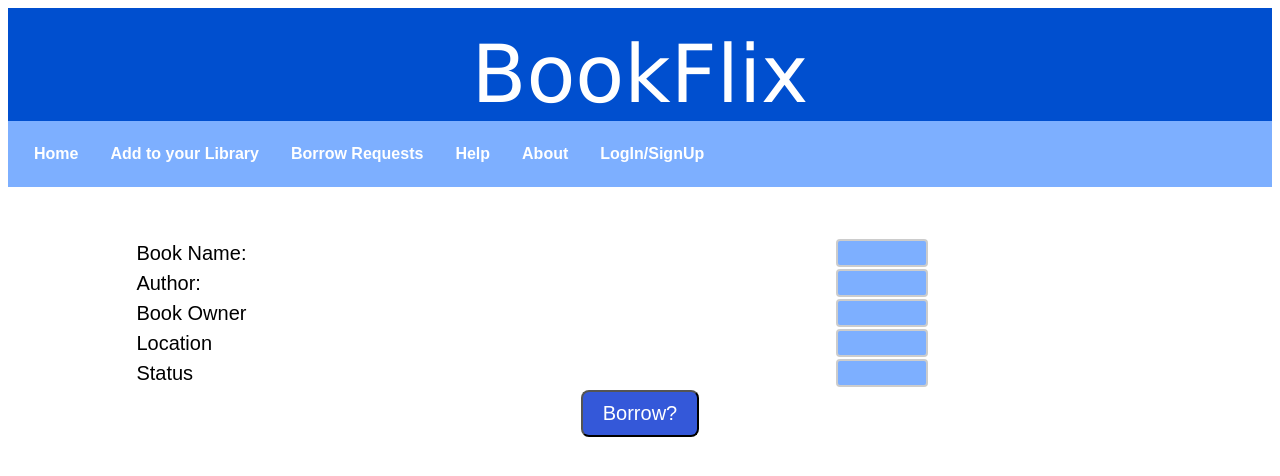
Repository: dan-10/Deloitte
Page: http://localhost/BookFlix/WEB-INF/views/status.jsp
These files come from the project's save history. The page is drawn as it stood at one moment and after the next save; the edit follows.
The browser window is 1280 px wide. The pictures show the whole page.
The page is served by Tomcat 9. Nobody is signed in. Other server files are loaded and not shown. The template is opened directly, without the code that normally fills it, so the values that code supplies are empty.

Above is the page before, as saved 2019-08-09 04:44:49.

### DeloitteTrainig/Final Project BookFlix/BookFlix/src/main/webapp/WEB-INF/views/status.jsp

<%@ page language="java" contentType="text/html; charset=ISO-8859-1"
    pageEncoding="ISO-8859-1"%>
<%@ taglib uri="http://www.springframework.org/tags/form" prefix="f" %>
<%@ taglib uri="http://java.sun.com/jsp/jstl/core" prefix="c" %>

<!DOCTYPE html>
<html>
	<head>
		<meta charset="ISO-8859-1">
		<title>BookFlix</title>
		<style type="text/css"><%@include file="/WEB-INF/views/styles/homeStyles.css" %></style>
		<style>

	.AddBookForm {
	grid-area: AddBookForm;
	font-family: Arial;
	font-size: 20px;
	font-weight: lighter;
	padding-top: 50px;
	text-align: center;
	}

	.butn {
  -webkit-border-radius: 8;
  -moz-border-radius: 8;
  border-radius: 8px;
  font-family: Arial;
  color: #ffffff;
  font-size: 20px;
  background: #3458d9;
  padding: 10px 20px 10px 20px;
  text-decoration: none;
}

.butn:hover {
  background: #6672de;
  text-decoration: none;
}

.td1{
padding-left: 0px;
}

.td {
  color: white;
  width: 30%;
  box-sizing: border-box;
  border: 2px solid #ccc;
  border-radius: 4px;
  font-size: 16px;
  background-color: #7dafff;
  float: left;
  padding: 12px 5px 12px 40px;
}
		</style>
	</head>

	<body>
		<div class="grid-container">
		  <div class="Header">
		  	<div class="heading">
		  		<center>BookFlix</center>
		  	</div>
		  </div>
		  <div class="Navigation">
			<div class="navbar">
				<a href="/home">Home</a>
				<a href="/addBook">Add to your Library</a>
				<a href="/borrow">Borrow Requests</a>
				<a href="/help">Help</a>
				<a href="/about">About</a>
				<a href="/validate">LogIn/SignUp</a>
				<c:if test="${!empty userName}">
					<div class="dropdown">
						<button class="dropbtn">${userName}
							<i class="fa fa-caret-down"></i>
						</button>
						<div class="dropdown-content">
							<a href="/myBooks">My Library</a>
							<a href="/logout">LogOut</a>
						</div>
					</div>
				</c:if>
			</div>
		  </div>
		  </div>

		 <!-- Book and user details area  -->
		 <div class="AddBookForm">
				<center>

					<f:form>
						<table width="80%">
							<tr>
								<td class = "td1">Book Name:</td>
								<td class = "td">${bookname}</td>
							</tr>

							<tr>
								<td class = "td1">Author:</td>
								<td class = "td">${author}</td>
							</tr>
							<tr>
								<td class = "td1">Book Owner</td>
								<td class = "td">${owner}</td>
							</tr>
							<tr>
								<td class = "td1">Location</td>
								<td class = "td">${location}</td>
							</tr>
							<tr>
								<td class = "td1">Status</td>
								<td class = "td">${status}</td>
							</tr>
							<tr>
								<td colspan="2" align="center"><button type ="submit" value = "Add Book" class="butn">Borrow?</button></td>
							</tr>
						</table>
					</f:form>
				</center>
			</div>
	</body>
</html>

### DeloitteTrainig/Final Project BookFlix/BookFlix/src/main/webapp/WEB-INF/views/styles/homeStyles.css
.grid-container {
	grid-template-rows: repeat(auto-fill, minmax(100px, 1fr));
	display: grid;
	grid-template-columns: 1fr 1fr 1fr 1fr 1fr 1fr 1fr 1fr 1fr 1fr 1fr 1fr;
	grid-template-areas: "Header Header Header Header Header Header Header Header Header Header Header Header" "Header Header Header Header Header Header Header Header Header Header Header Header" "Navigation Navigation Navigation Navigation Navigation Navigation Navigation Navigation Navigation Navigation Navigation Navigation" ". SearchPanel SearchPanel SearchPanel SearchPanel SearchPanel SearchPanel SearchPanel SearchPanel SearchPanel SearchPanel ." ". SearchResults SearchResults SearchResults SearchResults SearchResults SearchResults SearchResults SearchResults SearchResults SearchResults ." ". SearchResults SearchResults SearchResults SearchResults SearchResults SearchResults SearchResults SearchResults SearchResults SearchResults ." ". SearchResults SearchResults SearchResults SearchResults SearchResults SearchResults SearchResults SearchResults SearchResults SearchResults ." ". SearchResults SearchResults SearchResults SearchResults SearchResults SearchResults SearchResults SearchResults SearchResults SearchResults ." ". . . . . . . . . . . ." ". . . . . . . . . . . ." ". . . . . . . . . . . .";
}

.Header {
	grid-area: Header;
	background-color: #004fcf;
	font-family: Arial;
	color: #ffffff;
}

.Navigation {
	grid-area: Navigation;
	background-color: #7dafff;
	font-family: Arial;
	color: #ffffff;
	font-size: large;
	padding-top: 10px;
	padding-left: 10px;
	padding-right: 10px;
	padding-bottom: 10px;
}

.SearchPanel {
	grid-area: SearchPanel;
	font-family: Arial;
	font-size: 20px;
	padding-top: 20px;
}

.SearchResults {
	grid-area: SearchResults;
	font-family: Arial;
	font-size: 18px;
	font-weight: lighter;
}

.butn {
  -webkit-border-radius: 8;
  -moz-border-radius: 8;
  border-radius: 8px;
  font-family: Arial;
  color: #ffffff;
  font-size: 20px;
  background: #3458d9;
  padding: 10px 20px 10px 20px;
  text-decoration: none;
}

.butn:hover {
  background: #6672de;
  text-decoration: none;
}

input[type=text] {
  width: 50%;
  box-sizing: border-box;
  border: 2px solid #ccc;
  border-radius: 4px;
  font-size: 16px;
  background-color: white;
  padding: 12px 20px 12px 40px;
}

input[type=text]:focus {
  width: 100%;
  box-sizing: border-box;
  border: 2px solid #ccc;
  border-radius: 4px;
  font-size: 16px;
  background-color: white;
  padding: 12px 20px 12px 40px;
}

.heading{
	font-family: Verdana;
	font-size: 80px;
	font-weight: lighter;
	padding-top: 20px;
}

.b1{
	font-family: Verdana;
	font-size: 40px;
	font-weight: lighter;
	padding-top: 50px;
}

.b2{
	font-family: Verdana;
	font-size: 10px;
	font-weight: lighter;
	padding-top: 20px;
}

body {
  font-family: Arial, Helvetica, sans-serif;
}

.navbar {
  overflow: hidden;
  background-color: #7dafff;
  font-weight: bold;
}

.navbar a {
  float: left;
  font-size: 16px;
  color: white;
  text-align: center;
  padding: 14px 16px;
  text-decoration: none;

}

.dropdown {
  float: left;
  overflow: hidden;
}

.dropdown .dropbtn {
  font-size: 16px;
  border: none;
  outline: none;
  color: white;
  padding: 14px 16px;
  background-color: inherit;
  font-family: inherit;
  margin: 0;
}

.navbar a:hover, .dropdown:hover .dropbtn {
  background-color: #3458d9;
}

.dropdown-content {
  display: none;
  position: absolute;
  background-color: #f9f9f9;
  min-width: 160px;
  box-shadow: 0px 8px 16px 0px rgba(0,0,0,0.2);
  z-index: 1;
}

.dropdown-content a {
  float: none;
  color: black;
  padding: 12px 16px;
  text-decoration: none;
  display: block;
  text-align: left;
}

.dropdown-content a:hover {
  background-color: #ddd;
}

.dropdown:hover .dropdown-content {
  display: block;
}

After the next save:
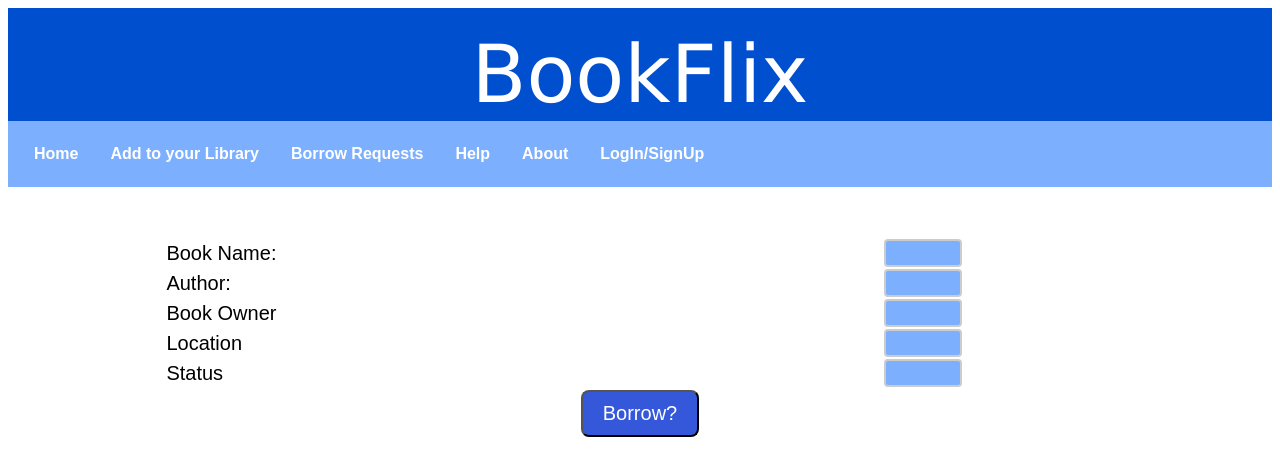
Saved 34 s later.
--- a/DeloitteTrainig/Final Project BookFlix/BookFlix/src/main/webapp/WEB-INF/views/status.jsp
+++ b/DeloitteTrainig/Final Project BookFlix/BookFlix/src/main/webapp/WEB-INF/views/status.jsp
@@ -39,7 +39,7 @@
 }
 
 .td1{
-padding-left: 0px;
+padding-left: 30px;
 }
 
 .td {
